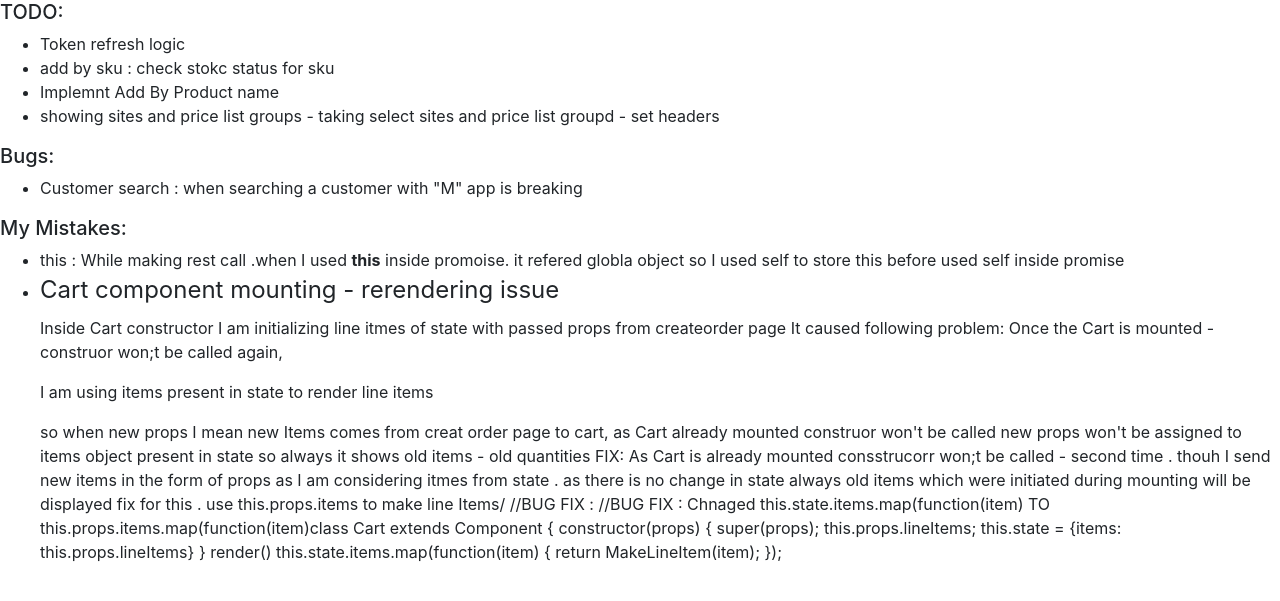
Repository: testtiger/reactagent
Page: /todo
An editor plug-in stored every save of this project. The page is shown before and after a run of saves, followed by the edit.
The browser window is 1280 px wide. The pictures show the whole page.
The project was rebuilt for these pictures with package versions that can differ from the ones it lists, and the page was loaded fresh each time. Also part of the build but not shown: src/components/Agent/Rest/agent-rest-client.js, src/components/Agent/Dashboard/quicklinks.jsx, src/components/Agent/Dashboard/announcements.jsx, src/components/Agent/Dashboard/recentorders.jsx, src/components/Agent/Dashboard/pendingactions.jsx, src/components/Agent/Dashboard/DashboardPage.jsx, src/components/Agent/Shared/Navigation.jsx, src/components/Agent/Login/loginpage.jsx and 12 more.

Above is the page before, as saved 2018-12-15 16:46:39.

After the next 3 saves:
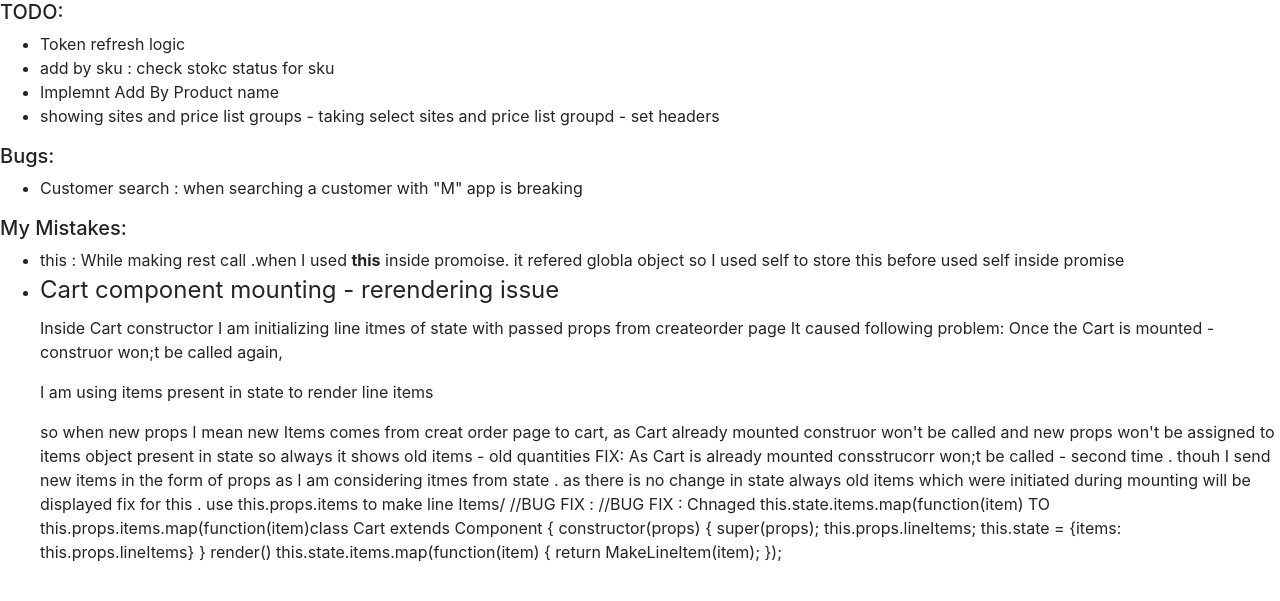
The 3 saves are shown as one change because they came seconds apart.
The last was saved 11 s later.
--- a/src/components/Agent/BugsTODO/TODO.jsx
+++ b/src/components/Agent/BugsTODO/TODO.jsx
@@ -38,7 +38,7 @@ export default class TODO extends Component {
               </p>
               <p>I am using items present in state to render line items</p> so
               when new props I mean new Items comes from creat order page to cart, as Cart already mounted
-              construor won't be called new props won't be assigned to items
+              construor won't be called  and new props won't be assigned to items
               object present in state so always it shows old items - old
               quantities FIX: As Cart is already mounted consstrucorr won;t be
               called - second time . thouh I send new items in the form of props
